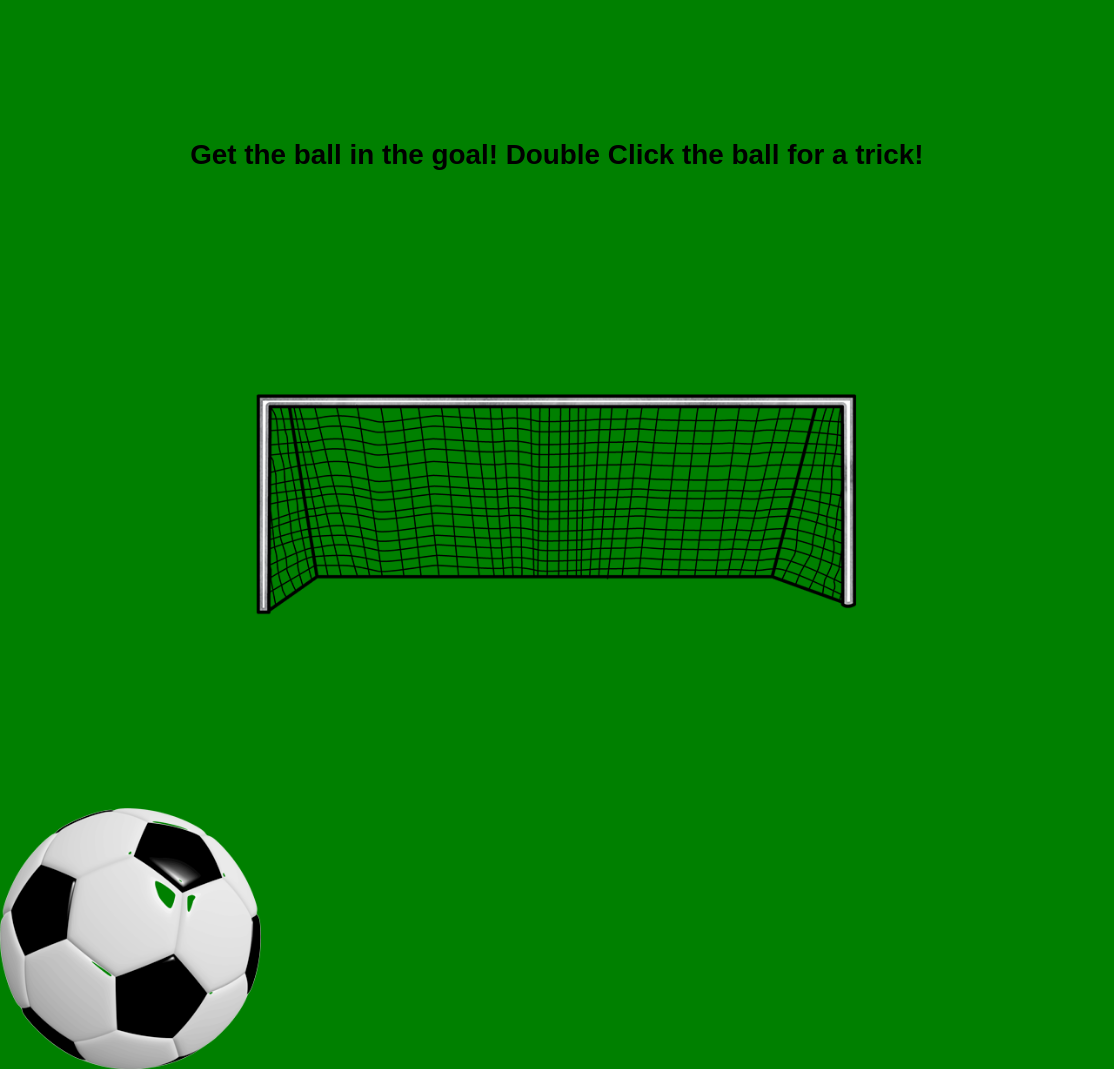
Repository: alexmaddux99/Lab3
Page: mouse-events.html
An editor plug-in stored every save of this project. The page is shown before and after the next save, followed by the edit.
The browser window is 1280 px wide. The pictures show the whole page, at 87% of full size.

Above is the page before, as saved 2022-03-06 17:17:08.

### mouse-events.html
<!DOCTYPE html>
<html lang="en">

<head>
    <meta charset="UTF-8">
    <meta http-equiv="X-UA-Compatible" content="IE=edge">
    <meta name="viewport" content="width=device-width, initial-scale=1.0">
    <title>GOAL!</title>
    <style>
        body {
            background-color: green;
            margin:0;
            height:100vh;
        }

        div {
           height: 300px;
           width: 300px;
            transition: transform 1s;

        }

        p {
            margin-top: 10rem;
            text-align: center;
            font: bold 2rem sans-serif;
        }

        img{
            display: block;
  margin-left: auto;
  margin-right: auto;
        }




    </style>
</head>

<body>

    <p>Get the ball in the goal! Double Click the ball for a trick!</p>


    <img src="/images/goal.png" alt="GOAL!">


    <div id="dot" class="ball">
        <img src="/images/soccer.png" alt="Score a Goal!">
    </div>




    <script>
        var dot = document.getElementById('dot');
        document.body.addEventListener('click', (e) => {
            console.log("Client: " , e.clientX , e.clientY)
            console.log("Page: " , e.pageX , e.pageY)
            console.log("Screen: " , e.screenX , e.screenY)
            console.log("Event Object: ", e);
            dot.style.transform = `translateY(${e.clientY - 25}px)`;
            dot.style.transform += `translateX(${e.clientX - 25}px)`;
            dot.style.opacity = 1;
        }, false);
    </script>
</body>

</html>

After the next save:
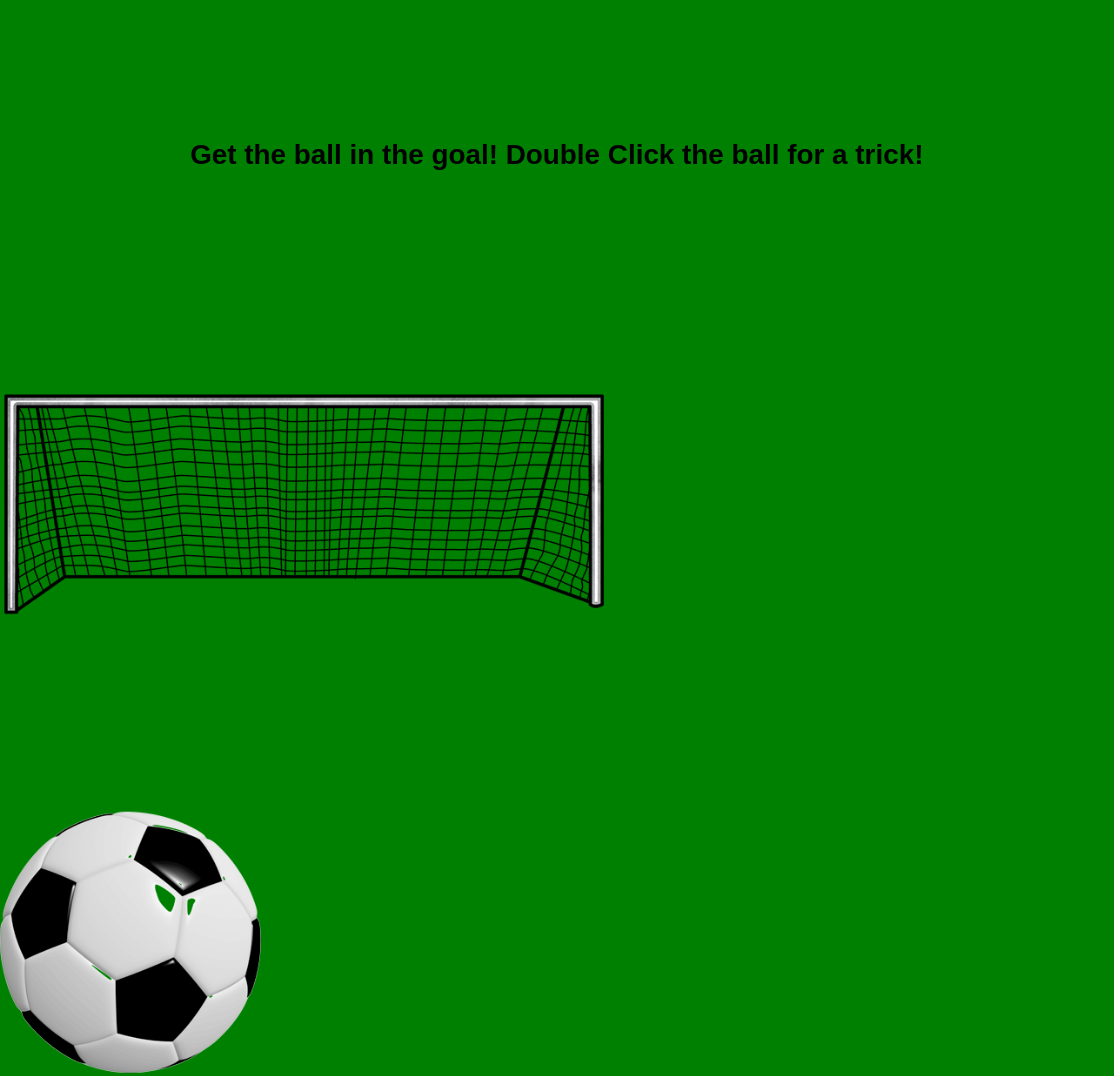
Saved 34 s later.
--- a/mouse-events.html
+++ b/mouse-events.html
@@ -26,7 +26,7 @@
             font: bold 2rem sans-serif;
         }
 
-        img{
+        .goal{
             display: block;
   margin-left: auto;
   margin-right: auto;
@@ -43,7 +43,7 @@
     <p>Get the ball in the goal! Double Click the ball for a trick!</p>
 
 
-    <img src="/images/goal.png" alt="GOAL!">
+    <img goal src="/images/goal.png" alt="GOAL!">
 
 
     <div id="dot" class="ball">
